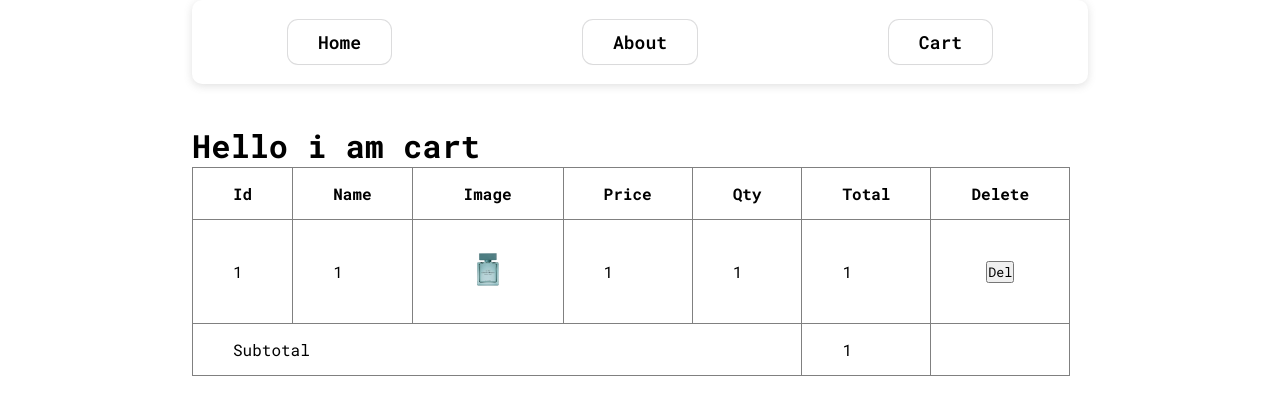
Repository: tuankiet10920/vuejs
Page: /cart
An editor plug-in stored every save of this project. The page is shown before and after the next save, followed by the edit.
The browser window is 1280 px wide. The pictures show the whole page.
The project was rebuilt for these pictures with package versions that can differ from the ones it lists, and the page was loaded fresh each time. Also part of the build but not shown: vite.config.js.

Above is the page before, as saved 2024-08-24 12:13:09.

### index.html
<!DOCTYPE html>
<html lang="en">

<head>
  <meta charset="UTF-8">
  <link rel="icon" href="/favicon.ico">
  <meta name="viewport" content="width=device-width, initial-scale=1.0">
  <title>Vite App</title>
  <link rel="stylesheet"
    href="https://fonts.googleapis.com/css2?family=Material+Symbols+Outlined:opsz,wght,FILL,GRAD@24,400,0,0" />
  <link rel="preconnect" href="https://fonts.googleapis.com">
  <link rel="preconnect" href="https://fonts.gstatic.com" crossorigin>
  <link href="https://fonts.googleapis.com/css2?family=Roboto+Mono:ital,wght@0,100..700;1,100..700&display=swap"
    rel="stylesheet">
  <style>
    * {
      margin: 0;
      padding: 0;
      box-sizing: border-box;
      list-style: none;
      text-decoration: none;
      font-family: "Roboto Mono", monospace;
      font-style: normal;
    }

    body {
      width: 100%;
      display: flex;
      justify-content: center;
    }

    #app {
      width: 70%;
    }
  </style>
</head>

<body>
  <div id="app"></div>
  <script type="module" src="/src/main.js"></script>
</body>

</html>

### src/main.js
import { createApp } from 'vue'
import App from './App.vue'
import router from './router'
import lsProduct from '../public/data/lsProduct.json';

if(!localStorage.getItem('lsProduct')){
    localStorage.setItem('lsProduct', JSON.stringify(lsProduct));
}
if(!localStorage.getItem('cart')){
    let cart = [];
    localStorage.setItem('cart', JSON.stringify(cart));
}
const app = createApp(App)

app.use(router)

app.mount('#app')

### src/App.vue
<template>

  <!-- header -->
  <Header />
  <RouterView />

</template>
<script>
import { RouterLink, RouterView } from 'vue-router'
import Header from './components/header.vue'
export default {
  components: {
    Header
  }
}

</script>

### src/router/index.js
import { createRouter, createWebHistory } from 'vue-router'

const router = createRouter({
  history: createWebHistory(import.meta.env.BASE_URL),
  routes: [
    {
      path: '/',
      name: 'home',
      component: () => import('../views/HomeView.vue')
    },
    {
      path: '/about',
      name: 'about',
      component: () => import('../views/AboutView.vue')
    },
    {
      path: '/cart',
      name: 'cart',
      component: () => import('../views/CartView.vue')
    }
  ]
})

export default router

### public/data/lsProduct.json
[
    {
        "id" : 1,
        "name" : "Donna Born In Roma",
        "price" : 1000000,
        "image" : "product-1.webp"
    },
    {
        "id" : 2,
        "name" : "Frangipani Flower Cologne",
        "price" : 2000000,
        "image" : "product-2.webp"
    },
    {
        "id" : 3,
        "name" : "Glossier You Eau",
        "price" : 3000000,
        "image" : "product-3.webp"
    },
    {
        "id" : 4,
        "name" : "Mini Cheirosa",
        "price" : 4000000,
        "image" : "product-4.webp"
    }
]

### src/components/header.vue
<template>
    <div class="header">
        <ul>
            <li>
                <RouterLink to="/">Home</RouterLink>
            </li>
            <li>
                <RouterLink to="/about">About</RouterLink>
            </li>
            <li>
                <RouterLink to="/cart">Cart</RouterLink>
            </li>
        </ul>
    </div>
</template>

<script>
export default {

}
</script>

<style>
.header {
    width: 100%;
    padding: 20px 0px;
    border-radius: 10px;
    box-shadow: rgba(99, 99, 99, 0.2) 0px 2px 8px 0px;
    margin-bottom: 40px;
}

.header ul {
    display: flex;
    justify-content: space-around;
    width: 100%;
}

.header ul li {
    box-shadow: rgba(0, 0, 0, 0.02) 0px 1px 3px 0px, rgba(27, 31, 35, 0.15) 0px 0px 0px 1px;
    padding: 10px 30px;
    border-radius: 10px;
    transition: all .3s ease-in-out;
}

.header ul li a {
    color: #000;
    font-size: 18px;
    font-weight: 600;
}

.header ul li:hover {
    box-shadow: rgba(50, 50, 93, 0.25) 0px 30px 60px -12px inset, rgba(0, 0, 0, 0.3) 0px 18px 36px -18px inset;
    border-radius: 0px;
}

.header ul li:hover a {
    color: #fff;
}
</style>

### src/views/CartView.vue
<template>
  <div>
    <h1>Hello i am cart</h1>
    <Table />
  </div>
</template>

<script>
import Table from '../components/table.vue'
export default {
  components: {
    Table
  }
}
</script>

### src/components/table.vue
<template>
    <table border="1px">
        <thead>
            <tr>
                <th>Id</th>
                <th>Name</th>
                <th>Image</th>
                <th>Price</th>
                <th>Qty</th>
                <th>Total</th>
                <th>Delete</th>
            </tr>
        </thead>
        <tbody>
            <tr>
                <td>1</td>
                <td>1</td>
                <td>
                    <img id="image" src="../../public/img/product-1.webp" alt="product-1">
                </td>
                <td>1</td>
                <td>1</td>
                <td>1</td>
                <td style="text-align: center;">
                    <button id="btn-delete" type="button">
                        Del
                    </button>
                </td>
            </tr>
            <tr>
                <td colspan="5">Subtotal</td>
                <td>1</td>
            </tr>
        </tbody>
    </table>
</template>
<script>
export default {

}
</script>

<style>
table {
    border-collapse: collapse;
}

th,
td {
    padding: 15px 40px;
}

#image {
    width: 70px;
}
</style>

After the next save:
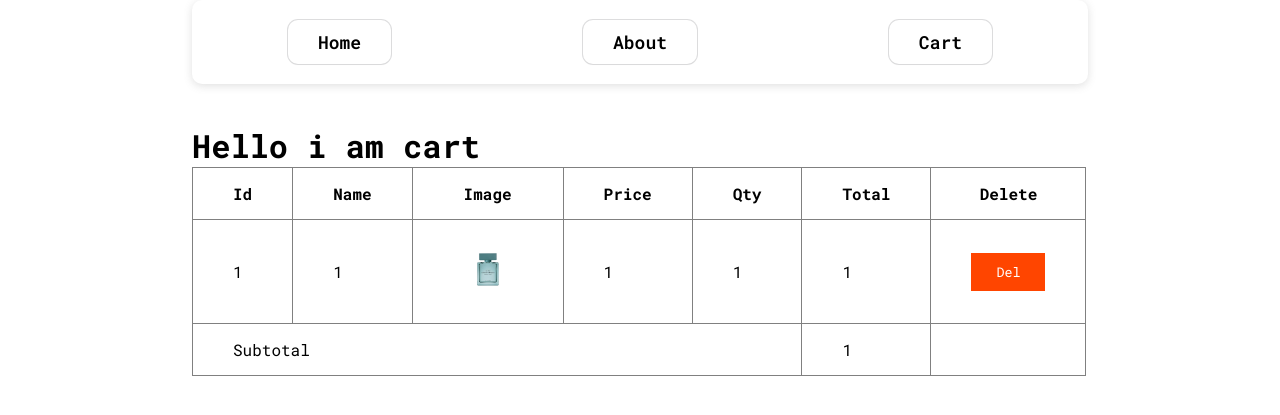
Saved 32 s later.
--- a/src/components/table.vue
+++ b/src/components/table.vue
@@ -53,4 +53,11 @@ td {
 #image {
     width: 70px;
 }
+
+#btn-delete {
+    border: none;
+    padding: 10px 25px;
+    background: orangered;
+    color: #fff;
+}
 </style>
